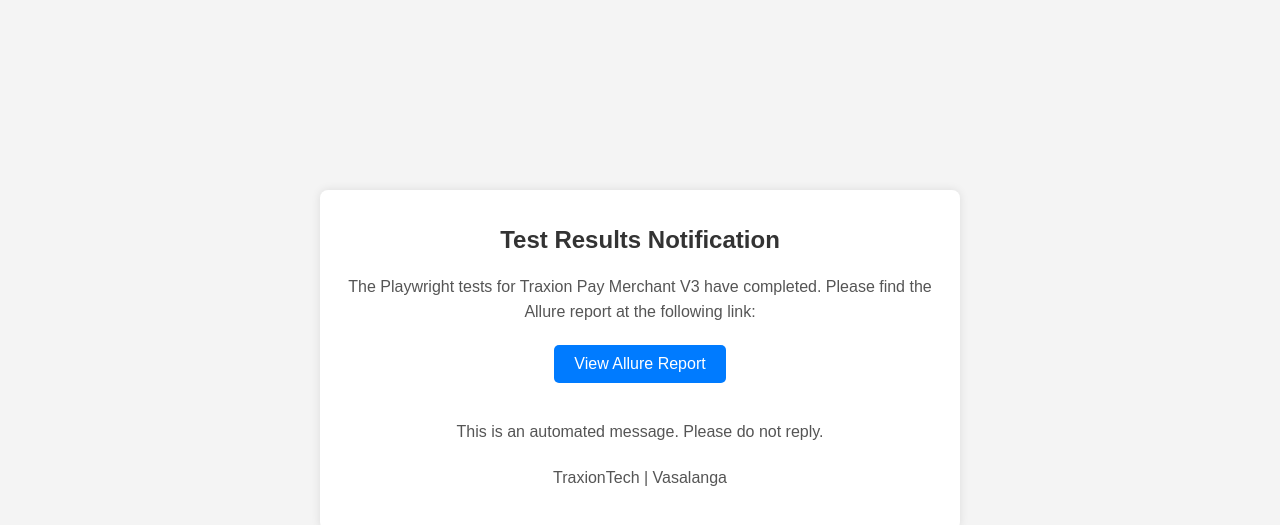
Repository: jmendozaqa24/TraxionPay-V3
Page: template.html
The author's editor kept a copy of each file at every save. The page is drawn from the files as they stood at one save, then again after the next save.
The browser window is 1280 px wide. The pictures show the whole page.

Above is the page before, as saved 2025-01-31 09:49:44.

### template.html
<!DOCTYPE html>
<html lang="en">
<head>
    <meta charset="UTF-8">
    <meta name="viewport" content="width=device-width, initial-scale=1.0">
    <title>Email Confirmation</title>
</head>
<body style="font-family: Arial, sans-serif; background-color: #f4f4f4; margin: 0; padding: 0; display: flex; justify-content: center; align-items: center; height: 100vh;">
    <div style="max-width: 600px; background-color: #ffffff; padding: 20px; border-radius: 8px; box-shadow: 0 0 10px rgba(0, 0, 0, 0.1); text-align: center;">
        <h1 style="color: #333333; font-size: 24px; margin-bottom: 20px;">Test Results Notification</h1>
        <p style="color: #555555; font-size: 16px; line-height: 1.6; margin-bottom: 20px;">The Playwright tests for Traxion Pay Merchant V3 have completed. Please find the Allure report at the following link:</p>
        <a href="https://squids.co/email-confirmation/djsk937lDskU9sk192J/" style="display: inline-block; padding: 10px 20px; font-size: 16px; color: #ffffff; background-color: #007BFF; border-radius: 5px; text-decoration: none; margin-bottom: 20px;"> View Allure Report</a>
        <p style="color: #555555; font-size: 16px; line-height: 1.6; margin-bottom: 20px;">This is an automated message. Please do not reply.</p>
        <p style="color: #555555; font-size: 16px; line-height: 1.6; margin-bottom: 20px;">TraxionTech | Vasalanga</p>
    </div>
</body>
</html>

After the next save:
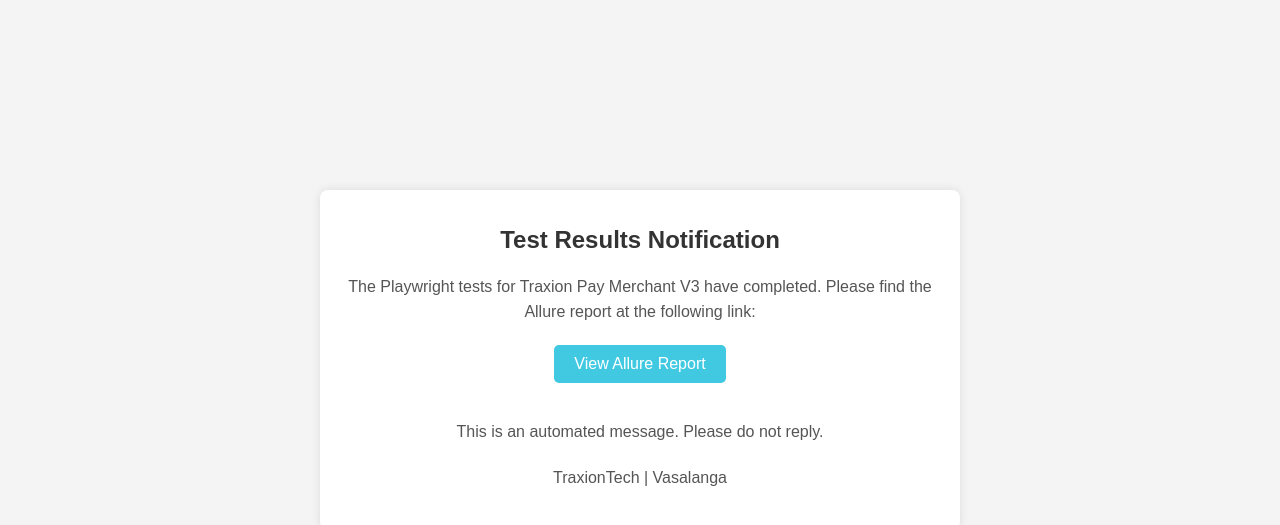
Saved 16 s later.
--- a/template.html
+++ b/template.html
@@ -9,7 +9,7 @@
     <div style="max-width: 600px; background-color: #ffffff; padding: 20px; border-radius: 8px; box-shadow: 0 0 10px rgba(0, 0, 0, 0.1); text-align: center;">
         <h1 style="color: #333333; font-size: 24px; margin-bottom: 20px;">Test Results Notification</h1>
         <p style="color: #555555; font-size: 16px; line-height: 1.6; margin-bottom: 20px;">The Playwright tests for Traxion Pay Merchant V3 have completed. Please find the Allure report at the following link:</p>
-        <a href="https://squids.co/email-confirmation/djsk937lDskU9sk192J/" style="display: inline-block; padding: 10px 20px; font-size: 16px; color: #ffffff; background-color: #007BFF; border-radius: 5px; text-decoration: none; margin-bottom: 20px;"> View Allure Report</a>
+        <a href="https://squids.co/email-confirmation/djsk937lDskU9sk192J/" style="display: inline-block; padding: 10px 20px; font-size: 16px; color: #ffffff; background-color: #41C9E2; border-radius: 5px; text-decoration: none; margin-bottom: 20px;"> View Allure Report</a>
         <p style="color: #555555; font-size: 16px; line-height: 1.6; margin-bottom: 20px;">This is an automated message. Please do not reply.</p>
         <p style="color: #555555; font-size: 16px; line-height: 1.6; margin-bottom: 20px;">TraxionTech | Vasalanga</p>
     </div>
